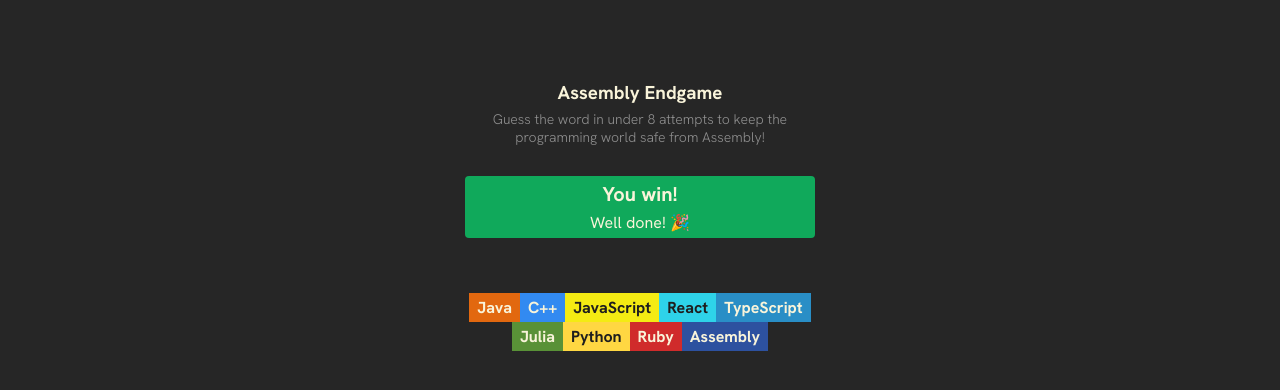
Repository: AchrafAzzaoui/AssemblyEndgame
Page: / (app in assembly-endgame/)
An editor plug-in stored every save of this project. The page is shown before and after the next save, followed by the edit.
The browser window is 1280 px wide. The pictures show the whole page.
The project was rebuilt for these pictures with package versions that can differ from the ones it lists, and the page was loaded fresh each time. Also part of the build but not shown: assembly-endgame/vite.config.js.

Above is the page before, as saved 2024-12-25 13:08:11.

After the next save:
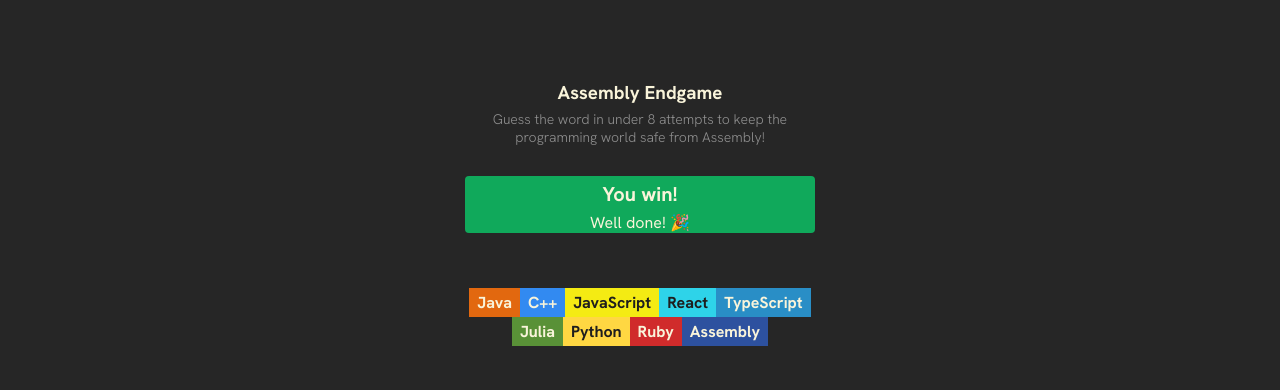
Saved 22 s later.
--- a/assembly-endgame/src/index.css
+++ b/assembly-endgame/src/index.css
@@ -47,7 +47,7 @@
   margin-block: 30px;
 }
 .game-status p {
-  margin-bottom: 5px;
+  /* margin-bottom: 5px; */
 }
 .game-status h2 {
   font-size: 1.25rem;
